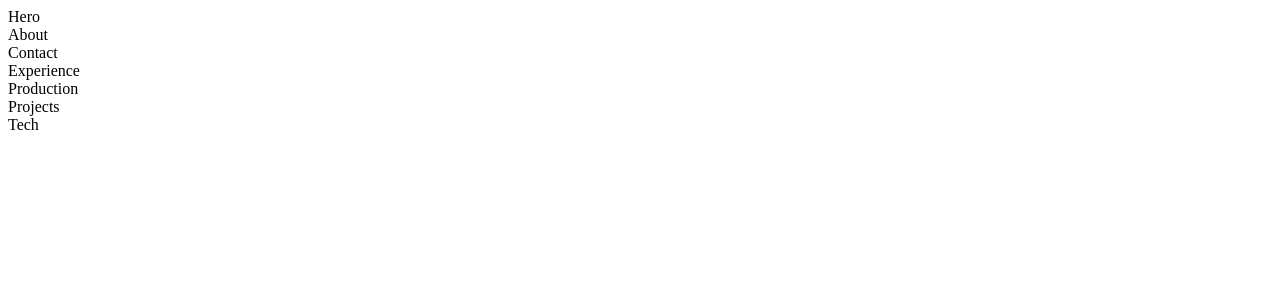
Repository: JasonToups/jasontoups.github.io
Page: /
An editor plug-in stored every save of this project. The page is shown before and after the next save, followed by the edit.
The browser window is 1280 px wide. The pictures show the whole page.
The project was rebuilt for these pictures with package versions that can differ from the ones it lists, and the page was loaded fresh each time. Also part of the build but not shown: webpack.config.js, src/style/app.scss.

Above is the page before, as saved 2021-11-30 12:50:00.

### src/components/App.js
import React from 'react';
import '../style/app.scss';
import About from './About';
import Contact from './Contact';
import Experience from './Experience';
import Hero from './Hero';
import Production from './Production';
import Projects from './Projects';
import Tech from './Tech';

const App = () => {

	return (
		<div className='portfolio-site'>
			<Hero />
      <About />
			<Contact />
      <Experience />
      <Production />
      <Projects />
      <Tech />
		</div>
	);
};

export default App;

### src/components/About.js
import React from 'react';

const About = () => {

	return (
		<div className='portfolio-site'>
			About
		</div>
	);
};

export default About;

### src/components/Contact.js
import React from 'react';

const Contact = () => {

	return (
		<div className='portfolio-site'>
			Contact
		</div>
	);
};

export default Contact;

### src/components/Experience.js
import React from 'react';

const Experience = () => {

	return (
		<div className='portfolio-site'>
			Experience
		</div>
	);
};

export default Experience;

### src/components/Hero.js
import React from 'react';

const Hero = () => {

	return (
		<div className='portfolio-site'>
			Hero
		</div>
	);
};

export default Hero;

### src/components/Production.js
import React from 'react';

const Production = () => {

	return (
		<div className='portfolio-site'>
			Production
		</div>
	);
};

export default Production;

### src/components/Projects.js
import React from 'react';

const Projects = () => {

	return (
		<div className='portfolio-site'>
			Projects
		</div>
	);
};

export default Projects;

### src/components/Tech.js
import React from 'react';

const Tech = () => {

	return (
		<div className='portfolio-site'>
			Tech
		</div>
	);
};

export default Tech;

Loaded but not shown: public/index.html (common file); src/index.js (common file); src/reportWebVitals.js (common file)

After the next save:
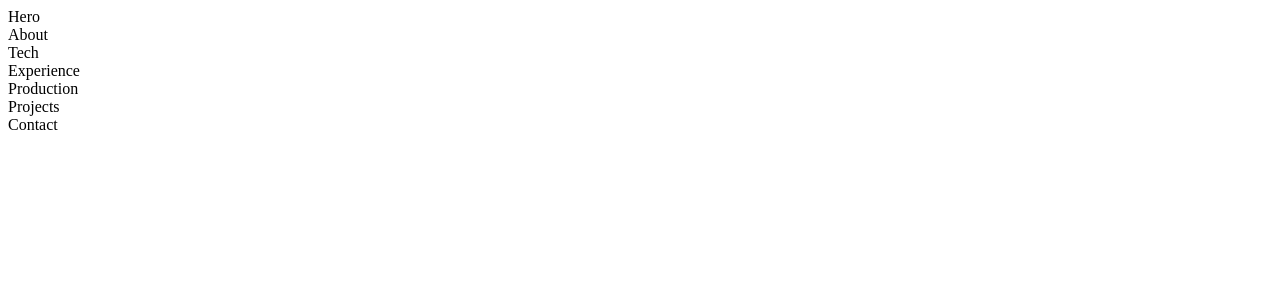
Saved 29 s later.
--- a/src/components/App.js
+++ b/src/components/App.js
@@ -14,11 +14,11 @@
 		<div className='portfolio-site'>
 			<Hero />
       <About />
-			<Contact />
+      <Tech />
       <Experience />
       <Production />
       <Projects />
-      <Tech />
+			<Contact />
 		</div>
 	);
 };
